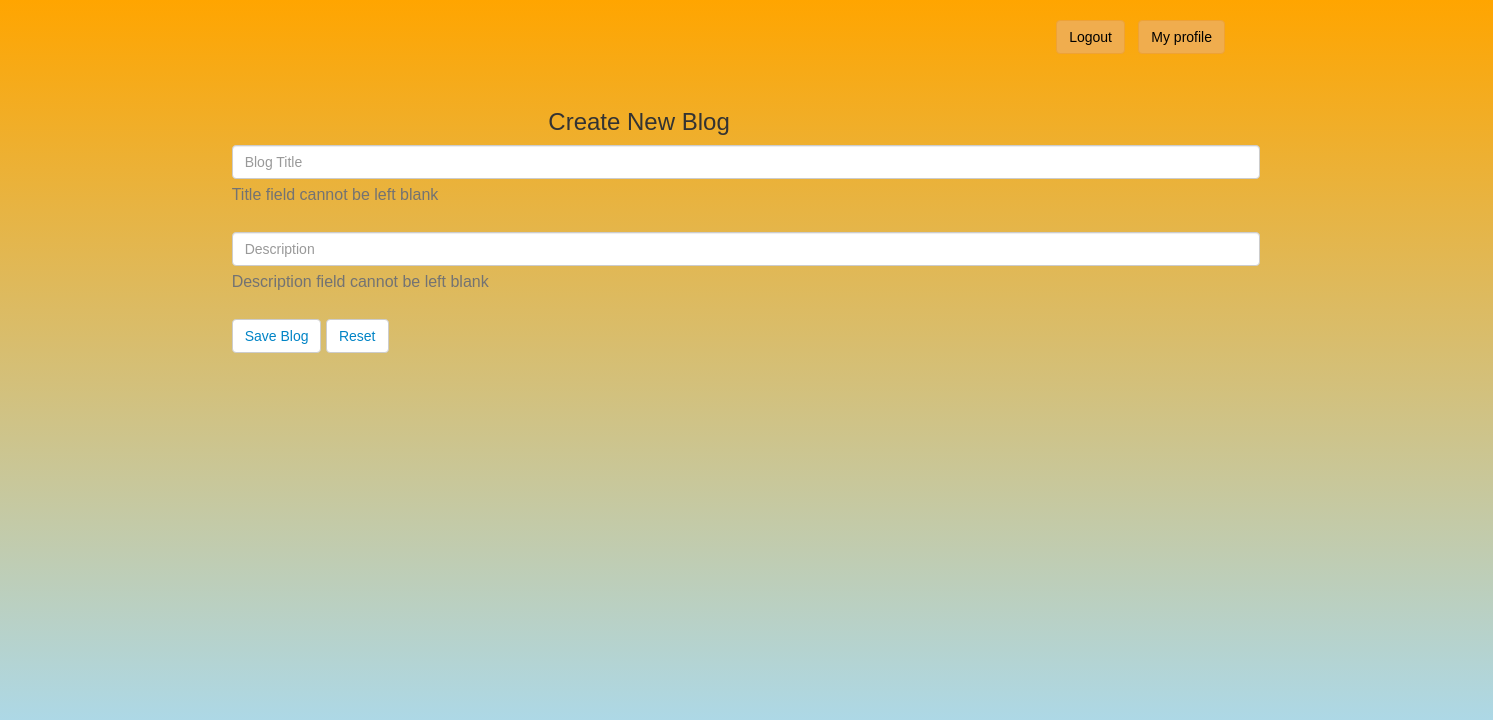
Repository: KaustubhKamat/CollaborationPlatform
Page: CollaborationFrontEnd/WebContent/c_blog/CreateBlog.html
The author's editor kept a copy of each file at every save. The page is drawn from the files as they stood at one save, then again after the next save.
The browser window is 1280 px wide. The page is 1493 px wide, so the pictures cover 1493 px, including what lies to the right of the window. The pictures show the whole page.
Some web libraries are served in a nearby version.

Above is the page before, as saved 2017-03-14 05:41:41.

### CollaborationFrontEnd/WebContent/c_blog/CreateBlog.html
<html>
<head>
<meta charset="ISO-8859-1">
<title>Insert title here</title>
<link rel="stylesheet"
	href="https://maxcdn.bootstrapcdn.com/bootstrap/3.3.7/css/bootstrap.min.css">
<script
	src="https://ajax.googleapis.com/ajax/libs/jquery/1.12.4/jquery.min.js"></script>
<link rel="stylesheet"
	href="https://maxcdn.bootstrapcdn.com/font-awesome/4.4.0/css/font-awesome.min.css">
<script
	src="https://maxcdn.bootstrapcdn.com/bootstrap/3.3.7/js/bootstrap.min.js"></script>
</head>
<body>

<head>

<link rel="stylesheet"
	href="https://maxcdn.bootstrapcdn.com/bootstrap/3.3.7/css/bootstrap.min.css">
<script
	src="https://ajax.googleapis.com/ajax/libs/jquery/3.1.1/jquery.min.js"></script>
<script
	src="https://maxcdn.bootstrapcdn.com/bootstrap/3.3.7/js/bootstrap.min.js"></script>
<style>
body {
	font-family: sans-serif;

}

form {
	margin: 25px auto;
	font-size: medium;
	padding: 10px 20px;
	border-radius: 10px;
	text-align: justify;
}

body {
	background: linear-gradient(orange, lightblue);
}

h2 {
	text-align: center;
}

</style>
<meta http-equiv="Content-Type" content="text/html; charset=ISO-8859-1">
<title>Insert title here</title>
</head>

<body ng-app="">

<div class="UserController as ctrl">
<div class="container">
		<div class="nav navbar-nav navbar-right">
			<h3>
				<a href="#" ng-click="ctrl.logoutUser()" class="btn btn-warning"
					style="color: black"> Logout</a> &nbsp<a href="#/myProfile"
					class="btn btn-warning" style="color: black">My profile</a>
			</h3>
		</div>
		</div>
		</div>

<div ng-controller="BlogController as ctrl">

<div class="col-sm-9 col-md-offset-5">
		<h3>Create New Blog</h3>
		</div>



<form name="form" ng-submit="ctrl.submit()" class="form-horizontal" role="form">
		<div class="form-group" ng-class="{'has-error' : form.id.$dirty && form.id.$error.required}">
    <div class="col-sm-offset-2 col-sm-10">
      <input type="text" class="form-control" placeholder="Blog Title" ng-model="ctrl.blog.title" id="" name="title" required>
      <span ng-show="form.title.$dirty && form.title.$error.required" class="help-block">Title field cannot be left blank</span>
    </div>
  </div>

   <div class="form-group" ng-class="{'has-error' : form.description.$dirty && form.description.$error.required}">
    <div class="col-sm-offset-2 col-sm-10">
      <input type="text" class="form-control" placeholder="Description" ng-model="ctrl.blog.description" id="description" name="description" required>
      <span ng-show="form.description.$dirty && form.description.$error.required" class="help-block">Description field cannot be left blank</span>
    </div>
  </div>

		<div class="form-group">
			<div class="col-sm-offset-2 col-sm-10">
				<button type="submit" class="btn btn-default" style="color: #0084c6">Save Blog</button>
				<button type="submit" class="btn btn-default" ng-click="ctrl.reset()" style="color: #0084c6">Reset</button>
		</div>
		</div>
	</form>
	</div>


 </body>
 </html>

After the next save:
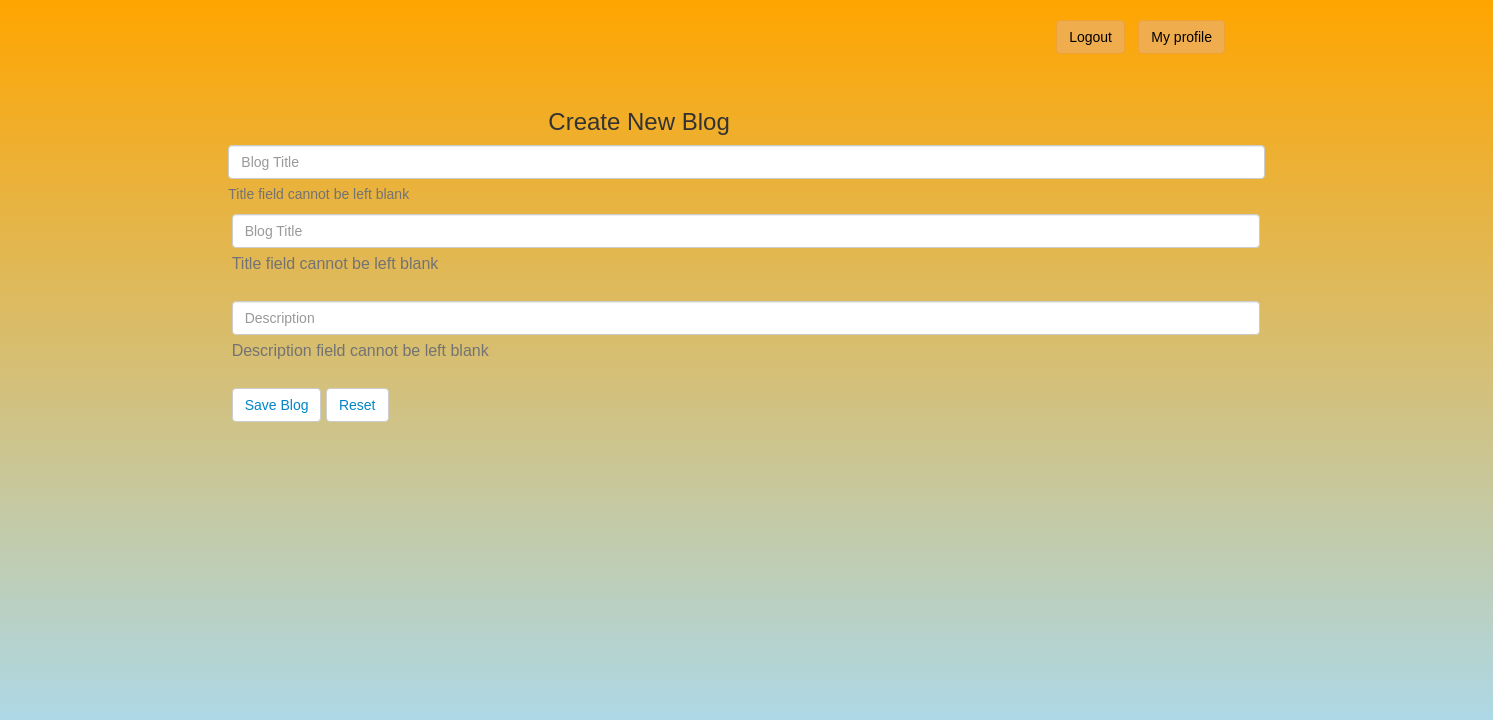
Saved 11 min 37 s later.
--- a/CollaborationFrontEnd/WebContent/c_blog/CreateBlog.html
+++ b/CollaborationFrontEnd/WebContent/c_blog/CreateBlog.html
@@ -68,7 +68,12 @@ h2 {
 		<h3>Create New Blog</h3>
 		</div>
 
-
+<div class="form-group" ng-class="{'has-error' : form.id.$dirty && form.id.$error.required}">
+    <div class="col-sm-offset-2 col-sm-10">
+      <input type="text" class="form-control" placeholder="Blog Title" ng-model="ctrl.blog.title" id="" name="title" required>
+      <span ng-show="form.title.$dirty && form.title.$error.required" class="help-block">Title field cannot be left blank</span>
+    </div>
+  </div>
 
 <form name="form" ng-submit="ctrl.submit()" class="form-horizontal" role="form">
 		<div class="form-group" ng-class="{'has-error' : form.id.$dirty && form.id.$error.required}">
